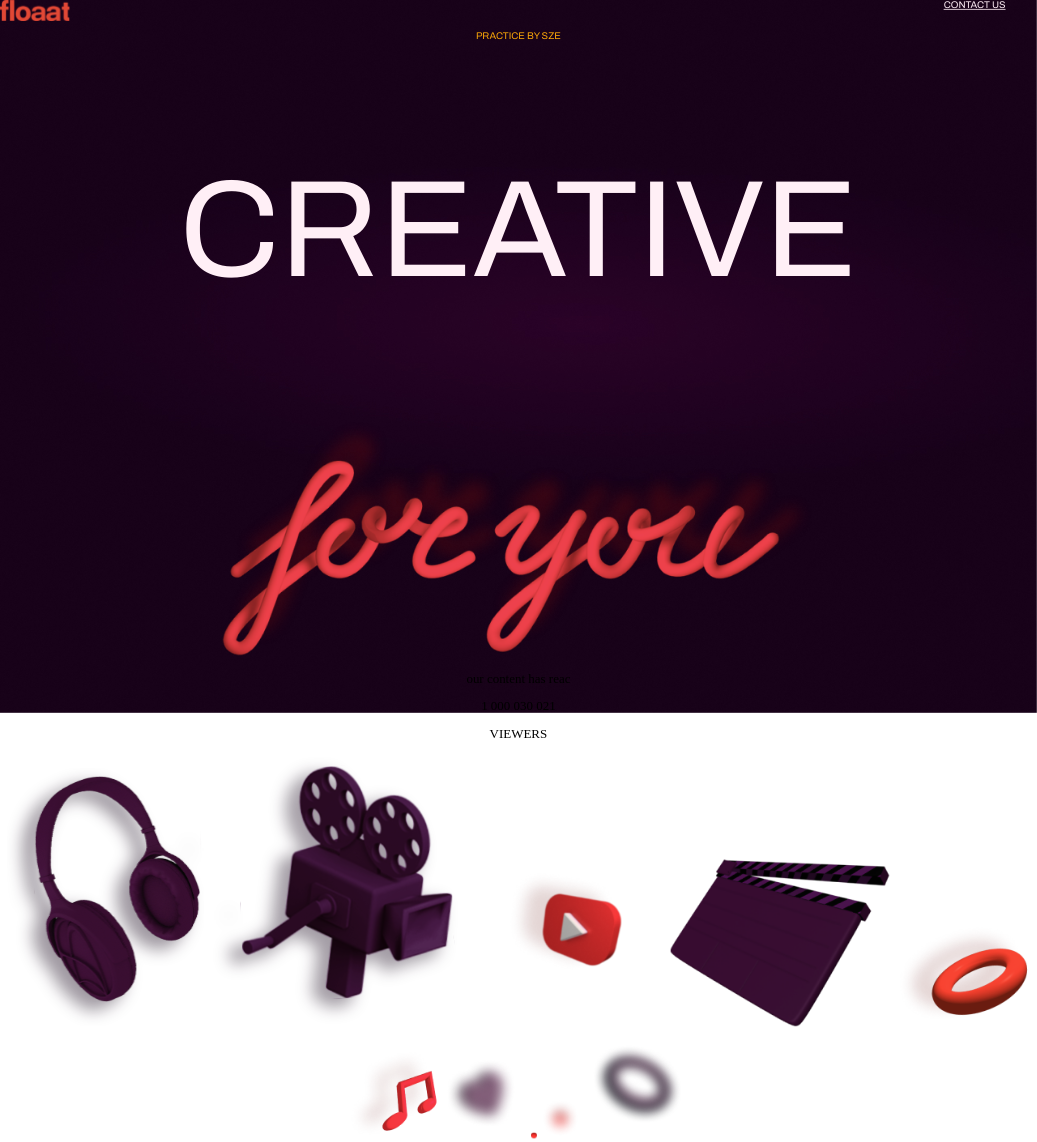
Repository: skydevil1604/next-page-no-adaptive
Page: app/index.html
These files come from the project's save history. The page is drawn as it stood at one moment and after the next save; the edit follows.
The browser window is 1280 px wide. The pictures show the whole page, at 81% of full size.
Some web libraries are served in a nearby version. The style sheet was rebuilt from its Sass, Less or Tailwind sources for each picture, by a compiler version that may differ from the author's.

Above is the page before, as saved 2020-01-03 02:52:19.

After the next save:
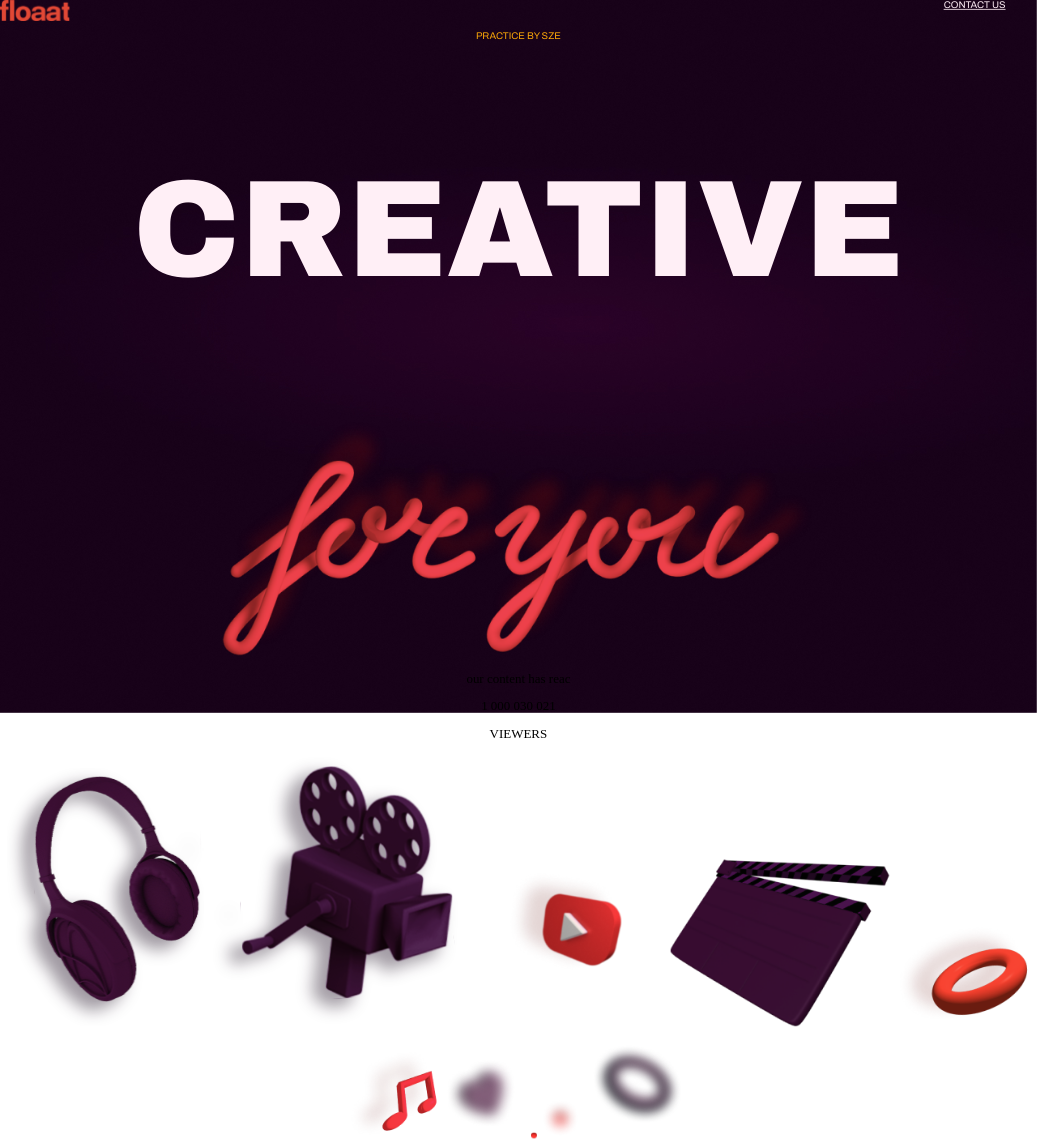
Saved 23 s later.
--- a/app/sass/main.scss
+++ b/app/sass/main.scss
@@ -113,7 +113,7 @@
 
 .main-content {
     &__header {
-        font-family: 'Archivo', sans-serif;
+        font-family: 'Archivo Black', sans-serif;
         font-style: normal;
         font-weight: normal;
         font-size: 170px;
